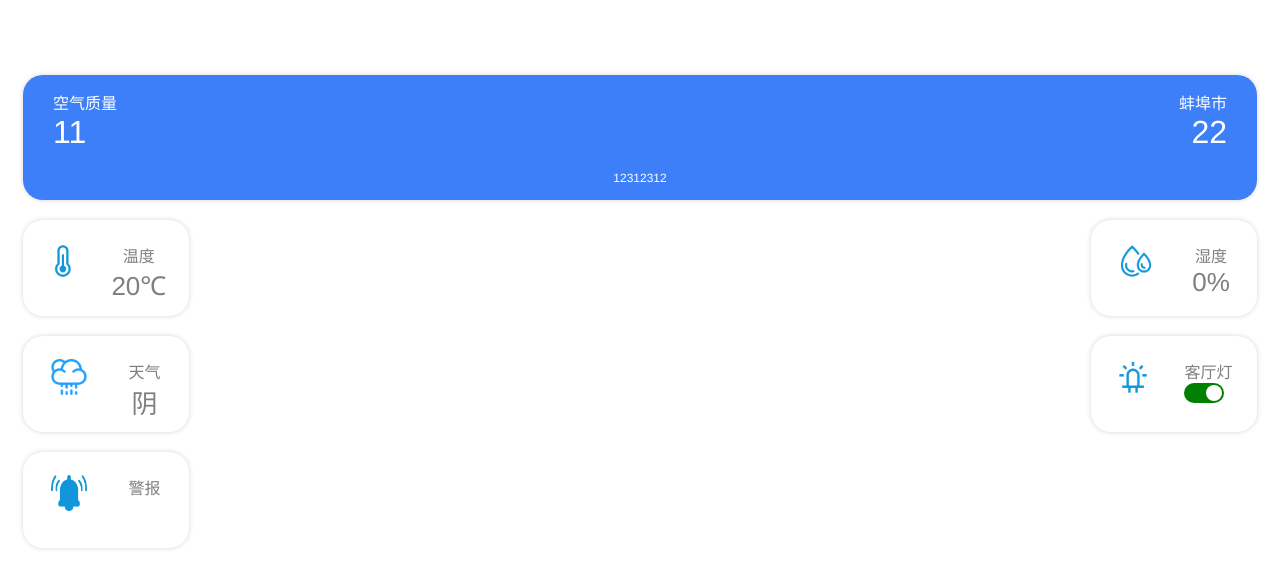
Repository: MashiroQi/MCU
Page: / (app in STM32/smart_house/WebCode/)
The author's editor kept a copy of each file at every save. The page is drawn from the files as they stood at one save, then again after the next save.
The browser window is 1280 px wide. The pictures show the whole page.
The project was rebuilt for these pictures with package versions that can differ from the ones it lists, and the page was loaded fresh each time. Also part of the build but not shown: STM32/smart_house/WebCode/vue.config.js.

Above is the page before, as saved 2023-01-03 10:12:18.

After the next save:
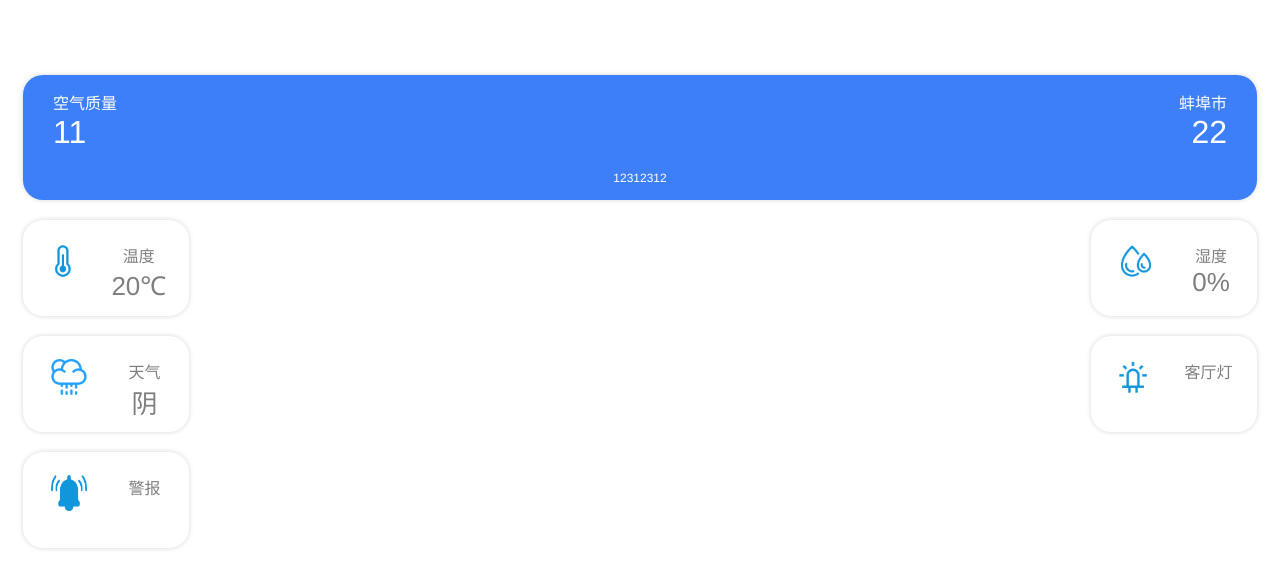
Saved 14 s later.
--- a/STM32/smart_house/WebCode/src/components/Client.vue
+++ b/STM32/smart_house/WebCode/src/components/Client.vue
@@ -40,12 +40,7 @@
         <div class="data-text">
           客厅灯
           <div class="data-value">
-            <switchcomponent
-              v-model="active"
-              active-color="red"
-              inactive-color="green"
-              name="username"
-            ></switchcomponent>
+            <kl-switch :default="switchRule" v-model="isOk" @change="change" />
           </div>
         </div>
       </div>
